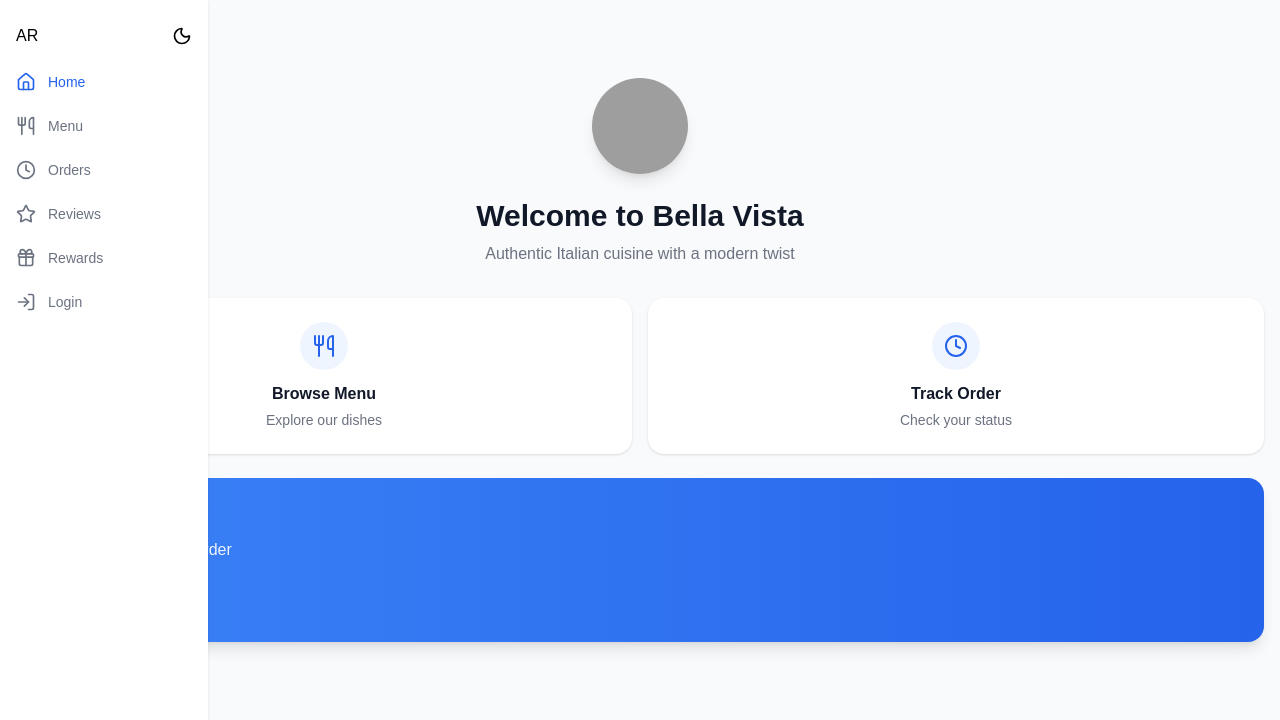
Repository: GraduationMERN/restaurant-system
Page: / (app in client/)
An editor plug-in stored every save of this project. The page is shown before and after the next save, followed by the edit.
The browser window is 1280 px wide. The pictures show the whole page.
Pictures or frames that could not be fetched are drawn as grey boxes. The project was rebuilt for these pictures with package versions that can differ from the ones it lists, and the page was loaded fresh each time. Also part of the build but not shown: client/vite.config.js, client/src/pages/ReviewsPage.jsx, client/src/pages/RewardPage.jsx, client/src/components/ui/badge/Badge.jsx, client/src/components/ecommerce/EcommerceMetrics.jsx, client/src/components/ui/dropdown/Dropdown.jsx, client/src/components/ui/dropdown/DropdownItem.jsx, client/src/components/ecommerce/MonthlySalesChart.jsx and 36 more. Imported but missing from the stored project, and not drawn on this page: client/src/components/form/input/InputField, client/src/pages/admin/UserProfiles.

Above is the page before, as saved 2025-11-29 02:16:21.

### client/index.html
<!doctype html>
<html lang="en">
  <head>
    <meta charset="UTF-8" />
    <link rel="icon" type="image/svg+xml" href="/vite.svg" />
    <meta name="viewport" content="width=device-width, initial-scale=1.0" />
    <title>Restuarant</title>
  </head>
  <body>
    <div id="root"></div>
    <script type="module" src="/src/main.jsx"></script>
  </body>
</html>

### client/src/main.jsx
import { StrictMode } from 'react'
import { createRoot } from 'react-dom/client'
import './index.css'
import "swiper/swiper-bundle.css";
import "flatpickr/dist/flatpickr.css";
import App from './App.jsx'
import './i18n';
import { AppWrapper } from "./components/common/PageMeta.jsx";
import { ThemeProvider } from "./context/ThemeContext.jsx";
createRoot(document.getElementById('root')).render(
  // <StrictMode>
  <ThemeProvider>
    <AppWrapper>
      <App />
    </AppWrapper>
  </ThemeProvider>
  // </StrictMode>,
)

### client/src/App.jsx
import { BrowserRouter, Routes, Route } from "react-router-dom";
import ReviewsPage from "./pages/ReviewsPage";
import LandingPage from "./pages/LandingPage";
import Layout from "./components/Layout";
import RewardPage from "./pages/RewardPage";
import Admin from "./pages/admin/Admin";
import AppLayout from "./layout/admin-layout/AppLayout";
import { ScrollToTop } from "./components/common/ScrollToTop";
import OrderPage from "./features/orders/ui/OrderPage";

function App() {
  return (
    <BrowserRouter>
      <ScrollToTop />
      <Layout>
        <Routes>
          <Route path="/" element={<LandingPage />} />
          <Route path="/reviews" element={<ReviewsPage />} />
          <Route path="/rewards" element={<RewardPage />} />
           <Route path="/orders" element={<OrderPage />} />
          {/* Single Admin Page with section sub-route */}
          <Route element={<AppLayout />}>
            <Route path="/admin/:section?" element={<Admin />} />
          </Route>
        </Routes>
      </Layout>
    </BrowserRouter>
  );
}

export default App;

### client/src/components/common/PageMeta.jsx
import { HelmetProvider, Helmet } from "react-helmet-async";

const PageMeta = ({ title, description }) => (
  <Helmet>
    <title>{title}</title>
    <meta name="description" content={description} />
  </Helmet>
);

export const AppWrapper = ({ children }) => (
  <HelmetProvider>{children}</HelmetProvider>
);

export default PageMeta;

### client/src/context/ThemeContext.jsx
import { createContext, useState, useContext, useEffect } from "react";

const ThemeContext = createContext(undefined);

export const ThemeProvider = ({ children }) => {
  const [theme, setTheme] = useState("light");
  const [isInitialized, setIsInitialized] = useState(false);

  useEffect(() => {
    // This code will only run on the client side
    const savedTheme = localStorage.getItem("theme");
    const initialTheme = savedTheme || "light"; // Default to light theme

    setTheme(initialTheme);
    setIsInitialized(true);
  }, []);

  useEffect(() => {
    if (isInitialized) {
      localStorage.setItem("theme", theme);
      if (theme === "dark") {
        document.documentElement.classList.add("dark");
      } else {
        document.documentElement.classList.remove("dark");
      }
    }
  }, [theme, isInitialized]);

  const toggleTheme = () => {
    setTheme((prevTheme) => (prevTheme === "light" ? "dark" : "light"));
  };

  return (
    <ThemeContext.Provider value={{ theme, toggleTheme }}>
      {children}
    </ThemeContext.Provider>
  );
};

export const useTheme = () => {
  const context = useContext(ThemeContext);
  if (context === undefined) {
    throw new Error("useTheme must be used within a ThemeProvider");
  }
  return context;
};

### client/src/admin.css
@theme {
  --font-*: initial;
  --font-outfit: Outfit, sans-serif;

  --breakpoint-*: initial;
  --breakpoint-2xsm: 375px;
  --breakpoint-sm: 640px;
  --breakpoint-md: 768px;
  --breakpoint-lg: 1024px;
  --breakpoint-xl: 1280px;
  --breakpoint-2xl: 1536px;

  --text-title-2xl: 72px;
  --text-title-2xl--line-height: 90px;
  --text-title-xl: 60px;
  --text-title-xl--line-height: 72px;
  --text-title-lg: 48px;
  --text-title-lg--line-height: 60px;
  --text-title-md: 36px;
  --text-title-md--line-height: 44px;
  --text-title-sm: 30px;
  --text-title-sm--line-height: 38px;
  --text-theme-xl: 20px;
  --text-theme-xl--line-height: 30px;
  --text-theme-sm: 14px;
  --text-theme-sm--line-height: 20px;
  --text-theme-xs: 12px;
  --text-theme-xs--line-height: 18px;

  --color-current: currentColor;
  --color-transparent: transparent;
  --color-white: #ffffff;

  --color-brand-50: #ecf3ff;
  --color-brand-100: #dde9ff;
  --color-brand-200: #c2d6ff;
  --color-brand-300: #9cb9ff;
  --color-brand-400: #7592ff;
  --color-brand-500: #465fff;
  --color-brand-600: #3641f5;
  --color-brand-700: #2a31d8;
  --color-brand-800: #252dae;
  --color-brand-900: #262e89;

  --color-blue-light-50: #f0f9ff;
  --color-blue-light-100: #e0f2fe;
  --color-blue-light-200: #b9e6fe;
  --color-blue-light-300: #7cd4fd;
  --color-blue-light-400: #36bffa;
  --color-blue-light-500: #0ba5ec;
  --color-blue-light-600: #0086c9;
  --color-blue-light-700: #026aa2;
  --color-blue-light-800: #065986;
  --color-blue-light-900: #0b4a6f;

  --color-gray-50: #f9fafb;
  --color-gray-100: #f2f4f7;
  --color-gray-200: #e4e7ec;
  --color-gray-300: #d0d5dd;
  --color-gray-400: #98a2b3;
  --color-gray-500: #667085;
  --color-gray-600: #475467;
  --color-gray-700: #344054;
  --color-gray-800: #1d2939;
  --color-gray-900: #101828;

  --color-gray-dark: #1a2231;

  --color-orange-50: #fff6ed;
  --color-orange-100: #ffead5;
  --color-orange-200: #fddcab;
  --color-orange-300: #feb273;
  --color-orange-400: #fd853a;
  --color-orange-500: #fb6514;
  --color-orange-600: #ec4a0a;
  --color-orange-700: #c4320a;
  --color-orange-800: #9c2a10;
  --color-orange-900: #7e2410;

  --color-success-50: #ecfdf3;
  --color-success-100: #d1fadf;
  --color-success-200: #a6f4c5;
  --color-success-300: #6ce9a6;
  --color-success-400: #32d583;
  --color-success-500: #12b76a;
  --color-success-600: #039855;
  --color-success-700: #027a48;
  --color-success-800: #05603a;
  --color-success-900: #054f31;

  --color-error-50: #fef3f2;
  --color-error-100: #fee4e2;
  --color-error-200: #fecdca;
  --color-error-300: #fda29b;
  --color-error-400: #f97066;
  --color-error-500: #f04438;
  --color-error-600: #d92d20;
  --color-error-700: #b42318;
  --color-error-800: #912018;
  --color-error-900: #7a271a;

  --color-warning-50: #fffaeb;
  --color-warning-100: #fef0c7;
  --color-warning-200: #fedf89;
  --color-warning-300: #fec84b;
  --color-warning-400: #fdb022;
  --color-warning-500: #f79009;
  --color-warning-600: #dc6803;
  --color-warning-700: #b54708;
  --color-warning-800: #93370d;
  --color-warning-900: #7a2e0e;

  --shadow-theme-md: 0px 4px 8px -2px rgba(16, 24, 40, 0.1),
    0px 2px 4px -2px rgba(16, 24, 40, 0.06);
  --shadow-theme-lg: 0px 12px 16px -4px rgba(16, 24, 40, 0.08),
    0px 4px 6px -2px rgba(16, 24, 40, 0.03);
  --shadow-theme-sm: 0px 1px 3px 0px rgba(16, 24, 40, 0.1),
    0px 1px 2px 0px rgba(16, 24, 40, 0.06);
  --shadow-theme-xs: 0px 1px 2px 0px rgba(16, 24, 40, 0.05);
  --shadow-theme-xl: 0px 20px 24px -4px rgba(16, 24, 40, 0.08),
    0px 8px 8px -4px rgba(16, 24, 40, 0.03);
  --shadow-focus-ring: 0px 0px 0px 4px rgba(70, 95, 255, 0.12);

  --z-index-1: 1;
  --z-index-999: 999;
  --z-index-99999: 99999;
}

@layer base {
  *,
  ::after,
  ::before,
  ::backdrop,
  ::file-selector-button {
    border-color: var(--color-gray-200, currentColor);
  }
  button:not(:disabled),
  [role="button"]:not(:disabled) {
    cursor: pointer;
  }
  body {
    @apply relative font-normal font-outfit z-1 bg-gray-50 dark:bg-gray-900;
  }
}

@utility menu-item {
  @apply relative flex items-center w-full gap-3 px-3 py-2 font-medium rounded-lg text-theme-sm;
}

@utility menu-item-active {
  @apply bg-brand-50 text-brand-500 dark:bg-brand-500/[0.12] dark:text-brand-400;
}

@utility menu-item-inactive {
  @apply text-gray-700 hover:bg-gray-100 group-hover:text-gray-700 dark:text-gray-300 dark:hover:bg-white/5 dark:hover:text-gray-300;
}

@utility menu-item-icon-active {
  @apply text-brand-500 dark:text-brand-400;
}

@utility menu-item-icon-size {
  & svg {
    @apply !size-6;
  }
}

@utility menu-item-icon-inactive {
  @apply text-gray-500 group-hover:text-gray-700 dark:text-gray-400 dark:group-hover:text-gray-300;
}

### client/src/pages/LandingPage.jsx
import React from "react";
import { Utensils, Clock } from "lucide-react";

export default function LandingPage() {
  return (
    <div className="min-h-screen bg-default flex items-center justify-center px-4">
      <div className="max-w-7xl w-full">
        {/* Logo and Header */}
        <div className="text-center mb-8">
          <div className="w-24 h-24 mx-auto mb-6 rounded-full overflow-hidden shadow-lg">
            <img
              src="https://images.unsplash.com/photo-1517248135467-4c7edcad34c4?w=200&h=200&fit=crop"
              alt="Bella Vista"
              className="w-full h-full object-cover"
            />
          </div>
          <h1 className="text-3xl font-bold text-on-surface mb-2">
            Welcome to Bella Vista
          </h1>
          <p className="text-muted">
            Authentic Italian cuisine with a modern twist
          </p>
        </div>

        {/* Action Cards */}
        <div className="grid grid-cols-2 gap-4 mb-6">
          <button className="bg-surface rounded-2xl p-6 shadow-sm hover:shadow-md transition text-center">
            <div className="w-12 h-12 bg-primary-100 rounded-full flex items-center justify-center mx-auto mb-3">
              <Utensils className="w-6 h-6 text-primary" />
            </div>
            <h3 className="font-semibold text-on-surface mb-1">Browse Menu</h3>
            <p className="text-sm text-muted">Explore our dishes</p>
          </button>

          <button className="bg-surface rounded-2xl p-6 shadow-sm hover:shadow-md transition text-center">
            <div className="w-12 h-12 bg-primary-100 rounded-full flex items-center justify-center mx-auto mb-3">
              <Clock className="w-6 h-6 text-primary" />
            </div>
            <h3 className="font-semibold text-on-surface mb-1">Track Order</h3>
            <p className="text-sm text-muted">Check your status</p>
          </button>
        </div>

        {/* Special Offer Card */}
        <div className="bg-primary-gradient rounded-2xl p-6 shadow-lg text-white">
          <h3 className="text-xl font-bold mb-2">Special Offer!</h3>
          <p className="mb-4 opacity-90">Get 20% off your first order</p>
          <button className="bg-surface text-primary px-6 py-2 rounded-lg font-semibold hover:bg-default transition">
            Claim Now
          </button>
        </div>
      </div>
    </div>
  );
}

### client/src/components/Layout.jsx
import DesktopNav from "./desktopNav";
import Navbar from "./Navbar";
import { useLocation } from "react-router-dom";

export default function Layout({ children }) {
  const location = useLocation();
  const isAdmin = location.pathname.startsWith("/admin");

  return (
    <div className="min-h-screen w-full flex flex-col bg-default">
      <div className={` w-full flex justify-center md:block`}>
        <div className={`w-full  max-w-xl px-4 md:max-w-none md:px-0`}>
          {children}
        </div>
      </div>

      {!isAdmin && (
        <div className="w-full max-w-xl mx-auto h-20 flex justify-between items-center px-4 md:hidden">
          <Navbar />
        </div>
      )}
      {!isAdmin && <DesktopNav />}
    </div>
  );
}

### client/src/components/DesktopNav.jsx
import {
  Home,
  Utensils,
  Clock4,
  Star,
  Gift,
  Moon,
  LogInIcon,
} from "lucide-react";
import { Link, useLocation } from "react-router-dom";
import { useTranslation } from "react-i18next";

export default function DesktopNav() {
  const { t, i18n } = useTranslation();

  const location = useLocation();

  const isActive = (path) => location.pathname === path;

  return (
    <aside className="fixed left-0 top-0 h-full w-52 bg-surface shadow-sm">
      <div className="flex flex-col h-full py-4 gap-2">
        {/* Language Switch */}
        <div className="flex justify-between">
          {i18n.language === "en" && (
            <button
              onClick={() => i18n.changeLanguage("ar")}
              className="px-4 py-2 text-left hover:bg-surface "
            >
              AR
            </button>
          )}
          {i18n.language === "ar" && (
            <button
              onClick={() => i18n.changeLanguage("en")}
              className="px-4 py-2 text-left  hover:bg-gray-100 "
            >
              EN
            </button>
          )}

          {/* Dark mode toggle */}
            <button className="px-4 py-2 text-left hover:bg-surface ">
            <Moon size={20} />
          </button>
        </div>

        {/* Navigation */}
        <Link
          to="/"
          className={`px-4 py-2 w-full flex items-center gap-3 hover:bg-surface ${isActive('/') ? 'text-primary' : 'text-muted'}`}
        >
          <Home size={20} />
          <span className="text-sm">{t("home")}</span>
        </Link>

        <Link
          to="/menu"
          className={`px-4 py-2 w-full flex items-center gap-3 hover:bg-gray-100 ${isActive('/menu') ? 'text-primary' : 'text-muted'}`}
        >
          <Utensils size={20} />
          <span className="text-sm">{t("menu")}</span>
        </Link>

        <Link
          to="/orders"
          className={`px-4 py-2 w-full flex items-center gap-3 hover:bg-gray-100 ${isActive('/orders') ? 'text-primary' : 'text-muted'}`}
        >
          <Clock4 size={20} />
          <span className="text-sm">{t("orders")}</span>
        </Link>

        <Link
          to="/reviews"
          className={`px-4 py-2 w-full flex items-center gap-3 hover:bg-gray-100 ${isActive('/reviews') ? 'text-primary' : 'text-muted'}`}
        >
          <Star size={20} />
          <span className="text-sm">{t("reviews")}</span>
        </Link>

        <Link
          to="/rewards"
          className={`px-4 py-2 w-full flex items-center gap-3 hover:bg-gray-100 ${isActive('/rewards') ? 'text-primary' : 'text-muted'}`}
        >
          <Gift size={20} />
          <span className="text-sm">{t("rewards")}</span>
        </Link>
        <Link
          to="/login"
          className={`px-4 py-2 w-full flex items-center gap-3 hover:bg-gray-100 ${isActive('/login') ? 'text-primary' : 'text-muted'}`}
        >
          <LogInIcon size={20} />
          <span className="text-sm">{t("Login")}</span>
        </Link>
      </div>
    </aside>
  );
}

### client/src/components/Navbar.jsx
import { Home, Utensils, Clock4 , Star, Gift } from "lucide-react";
import { Link, useLocation } from "react-router-dom";
import { useTranslation } from 'react-i18next';

export default function Navbar() {
  const { t, i18n } = useTranslation();

  const location = useLocation();

  // Return true if route is active; caller toggles classes
  const isActive = (path) => location.pathname === path;

  return (
    <div className="w-full bg-surface shadow-sm fixed bottom-0 left-0">
      <div className="w-full max-w-xl mx-auto h-14 flex justify-around items-center px-4">
        {i18n.language=="en"&&<button onClick={() => i18n.changeLanguage("ar")}>AR</button>}
        {i18n.language=="ar"&&<button onClick={() => i18n.changeLanguage("en")}>EN</button>}
        <Link to="/" className={`flex flex-col items-center ${isActive('/') ? 'text-primary' : 'text-muted'}`}>
          <Home size={20} />
          <span className="text-xs">{t("home")}</span>
        </Link>

        <Link to="/menu" className={`flex flex-col items-center ${isActive('/menu') ? 'text-primary' : 'text-muted'}`}>
          <Utensils size={20} />
          <span className="text-xs">{t("menu")}</span>
        </Link>

        <Link to="/orders" className={`flex flex-col items-center ${isActive('/orders') ? 'text-primary' : 'text-muted'}`}>
          <Clock4  size={20} />
          <span className="text-xs">{t("orders")}</span>
        </Link>

        <Link to="/reviews" className={`flex flex-col items-center ${isActive('/reviews') ? 'text-primary' : 'text-muted'}`}>
          <Star size={20} />
          <span className="text-xs">{t("reviews")}</span>
        </Link>

        <Link to="/rewards" className={`flex flex-col items-center ${isActive('/rewards') ? 'text-primary' : 'text-muted'}`}>
          <Gift size={20} />
          <span className="text-xs">{t("rewards")}</span>
        </Link>

      </div>
    </div>
  );
}

Loaded but not shown: client/src/index.css (common file); client/src/components/common/ScrollToTop.jsx (common file); client/src/languages/ArabicLang.json (7 lines, source omitted); client/src/languages/EnglishLang.json (7 lines, source omitted); client/src/icons/admin-icons/index.js (43 lines, source omitted); client/src/i18n.js (30 lines, source omitted); client/src/layout/admin-layout/AppSidebar.jsx (280 lines, source omitted)

After the next save:
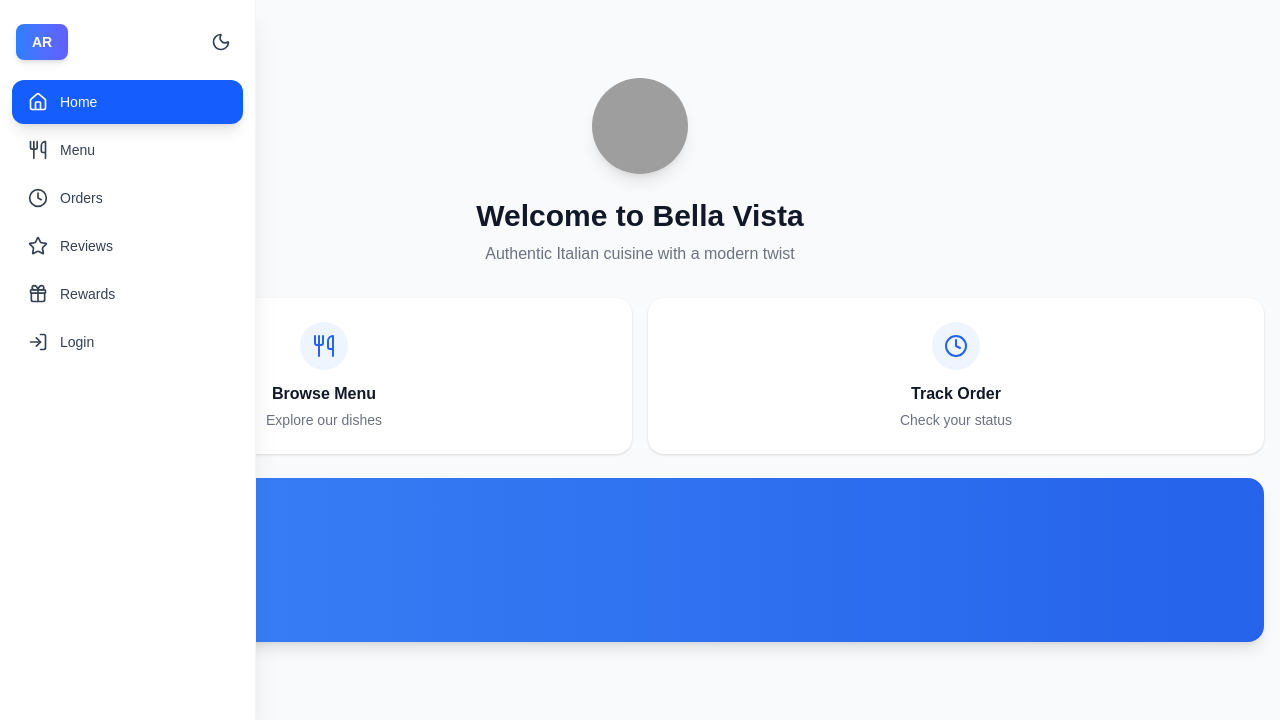
Saved 10 min 23 s later.
--- a/client/src/components/DesktopNav.jsx
+++ b/client/src/components/DesktopNav.jsx
@@ -18,14 +18,14 @@ export default function DesktopNav() {
   const isActive = (path) => location.pathname === path;
 
   return (
-    <aside className="fixed left-0 top-0 h-full w-52 bg-surface shadow-sm">
-      <div className="flex flex-col h-full py-4 gap-2">
+    <aside className="fixed left-0 top-0 h-full w-64 bg-white shadow-xl border-r border-gray-100 hidden md:block">
+      <div className="flex flex-col h-full py-6 gap-1">
         {/* Language Switch */}
-        <div className="flex justify-between">
+        <div className="flex justify-between items-center px-4 mb-4">
           {i18n.language === "en" && (
             <button
               onClick={() => i18n.changeLanguage("ar")}
-              className="px-4 py-2 text-left hover:bg-surface "
+              className="px-4 py-2 bg-gradient-to-r from-blue-500 to-indigo-500 text-white rounded-lg hover:from-blue-600 hover:to-indigo-600 transition-all duration-300 font-semibold shadow-md hover:shadow-lg text-sm"
             >
               AR
             </button>
@@ -33,14 +33,14 @@ export default function DesktopNav() {
           {i18n.language === "ar" && (
             <button
               onClick={() => i18n.changeLanguage("en")}
-              className="px-4 py-2 text-left  hover:bg-gray-100 "
+              className="px-4 py-2 bg-gradient-to-r from-blue-500 to-indigo-500 text-white rounded-lg hover:from-blue-600 hover:to-indigo-600 transition-all duration-300 font-semibold shadow-md hover:shadow-lg text-sm"
             >
               EN
             </button>
           )}
 
           {/* Dark mode toggle */}
-            <button className="px-4 py-2 text-left hover:bg-surface ">
+          <button className="p-2 hover:bg-gray-100 rounded-lg transition-all duration-300 text-gray-700 hover:text-blue-600">
             <Moon size={20} />
           </button>
         </div>
@@ -48,7 +48,11 @@ export default function DesktopNav() {
         {/* Navigation */}
         <Link
           to="/"
-          className={`px-4 py-2 w-full flex items-center gap-3 hover:bg-surface ${isActive('/') ? 'text-primary' : 'text-muted'}`}
+          className={`mx-3 px-4 py-3 rounded-xl flex items-center gap-3 transition-all duration-300 font-medium ${
+            isActive('/')
+              ? 'bg-blue-600 text-white shadow-lg'
+              : 'text-gray-700 hover:bg-blue-50 hover:text-blue-600'
+          }`}
         >
           <Home size={20} />
           <span className="text-sm">{t("home")}</span>
@@ -56,7 +60,11 @@ export default function DesktopNav() {
 
         <Link
           to="/menu"
-          className={`px-4 py-2 w-full flex items-center gap-3 hover:bg-gray-100 ${isActive('/menu') ? 'text-primary' : 'text-muted'}`}
+          className={`mx-3 px-4 py-3 rounded-xl flex items-center gap-3 transition-all duration-300 font-medium ${
+            isActive('/menu')
+              ? 'bg-blue-600 text-white shadow-lg'
+              : 'text-gray-700 hover:bg-blue-50 hover:text-blue-600'
+          }`}
         >
           <Utensils size={20} />
           <span className="text-sm">{t("menu")}</span>
@@ -64,7 +72,11 @@ export default function DesktopNav() {
 
         <Link
           to="/orders"
-          className={`px-4 py-2 w-full flex items-center gap-3 hover:bg-gray-100 ${isActive('/orders') ? 'text-primary' : 'text-muted'}`}
+          className={`mx-3 px-4 py-3 rounded-xl flex items-center gap-3 transition-all duration-300 font-medium ${
+            isActive('/orders')
+              ? 'bg-blue-600 text-white shadow-lg'
+              : 'text-gray-700 hover:bg-blue-50 hover:text-blue-600'
+          }`}
         >
           <Clock4 size={20} />
           <span className="text-sm">{t("orders")}</span>
@@ -72,7 +84,11 @@ export default function DesktopNav() {
 
         <Link
           to="/reviews"
-          className={`px-4 py-2 w-full flex items-center gap-3 hover:bg-gray-100 ${isActive('/reviews') ? 'text-primary' : 'text-muted'}`}
+          className={`mx-3 px-4 py-3 rounded-xl flex items-center gap-3 transition-all duration-300 font-medium ${
+            isActive('/reviews')
+              ? 'bg-blue-600 text-white shadow-lg'
+              : 'text-gray-700 hover:bg-blue-50 hover:text-blue-600'
+          }`}
         >
           <Star size={20} />
           <span className="text-sm">{t("reviews")}</span>
@@ -80,14 +96,23 @@ export default function DesktopNav() {
 
         <Link
           to="/rewards"
-          className={`px-4 py-2 w-full flex items-center gap-3 hover:bg-gray-100 ${isActive('/rewards') ? 'text-primary' : 'text-muted'}`}
+          className={`mx-3 px-4 py-3 rounded-xl flex items-center gap-3 transition-all duration-300 font-medium ${
+            isActive('/rewards')
+              ? 'bg-blue-600 text-white shadow-lg'
+              : 'text-gray-700 hover:bg-blue-50 hover:text-blue-600'
+          }`}
         >
           <Gift size={20} />
           <span className="text-sm">{t("rewards")}</span>
         </Link>
+
         <Link
           to="/login"
-          className={`px-4 py-2 w-full flex items-center gap-3 hover:bg-gray-100 ${isActive('/login') ? 'text-primary' : 'text-muted'}`}
+          className={`mx-3 px-4 py-3 rounded-xl flex items-center gap-3 transition-all duration-300 font-medium ${
+            isActive('/login')
+              ? 'bg-blue-600 text-white shadow-lg'
+              : 'text-gray-700 hover:bg-blue-50 hover:text-blue-600'
+          }`}
         >
           <LogInIcon size={20} />
           <span className="text-sm">{t("Login")}</span>
